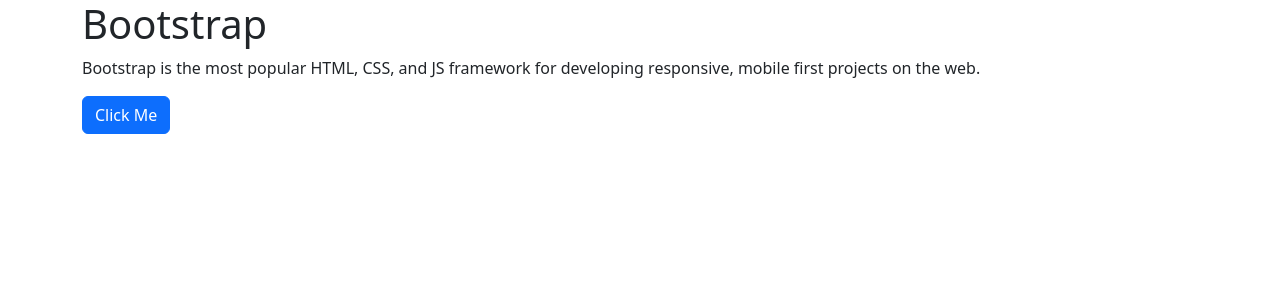
Repository: arunyerram/Web-TEChnologies
Page: b.html
These files come from the project's save history. The page is drawn as it stood at one moment and after the next save; the edit follows.
The browser window is 1280 px wide. The pictures show the whole page.

Above is the page before, as saved 2025-02-20 11:54:26.

### b.html
<!DOCTYPE html>
<html lang="en">
<head>
    <meta charset="UTF-8">
    <meta name="viewport" content="width=device-width, initial-scale=1.0">
    <title>Document</title>
    <script ></script>
    <link href="https://cdn.jsdelivr.net/npm/bootstrap@5.3.3/dist/css/bootstrap.min.css" rel="stylesheet" integrity="sha384-QWTKZyjpPEjISv5WaRU9OFeRpok6YctnYmDr5pNlyT2bRjXh0JMhjY6hW+ALEwIH" crossorigin="anonymous">
    <script src="https://cdn.jsdelivr.net/npm/bootstrap@5.3.3/dist/js/bootstrap.bundle.min.js" integrity="sha384-YvpcrYf0tY3lHB60NNkmXc5s9fDVZLESaAA55NDzOxhy9GkcIdslK1eN7N6jIeHz" crossorigin="anonymous"></script>
</head>
<body>
    <div class = "container">
        <div class = "row">
            <div class = "col-sm-12">
                <h1>Bootstrap</h1>
                <p>Bootstrap is the most popular HTML, CSS, and JS framework for developing responsive, mobile first projects on the web.</p>
                <button class = "btn btn-primary">Click Me</button>
            </div>
        </div>
    </div>
</body>
</html>

After the next save:
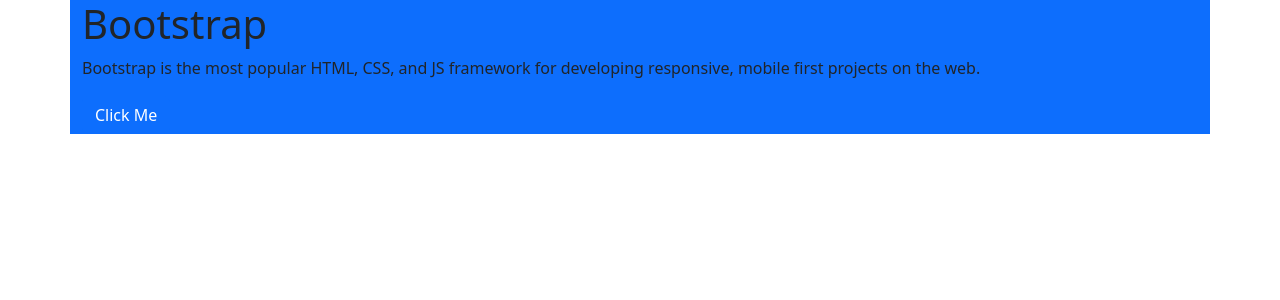
Saved 5 s later.
--- a/b.html
+++ b/b.html
@@ -11,7 +11,7 @@
 <body>
     <div class = "container">
         <div class = "row">
-            <div class = "col-sm-12">
+            <div class = "col-sm-12 bg-primary">
                 <h1>Bootstrap</h1>
                 <p>Bootstrap is the most popular HTML, CSS, and JS framework for developing responsive, mobile first projects on the web.</p>
                 <button class = "btn btn-primary">Click Me</button>
